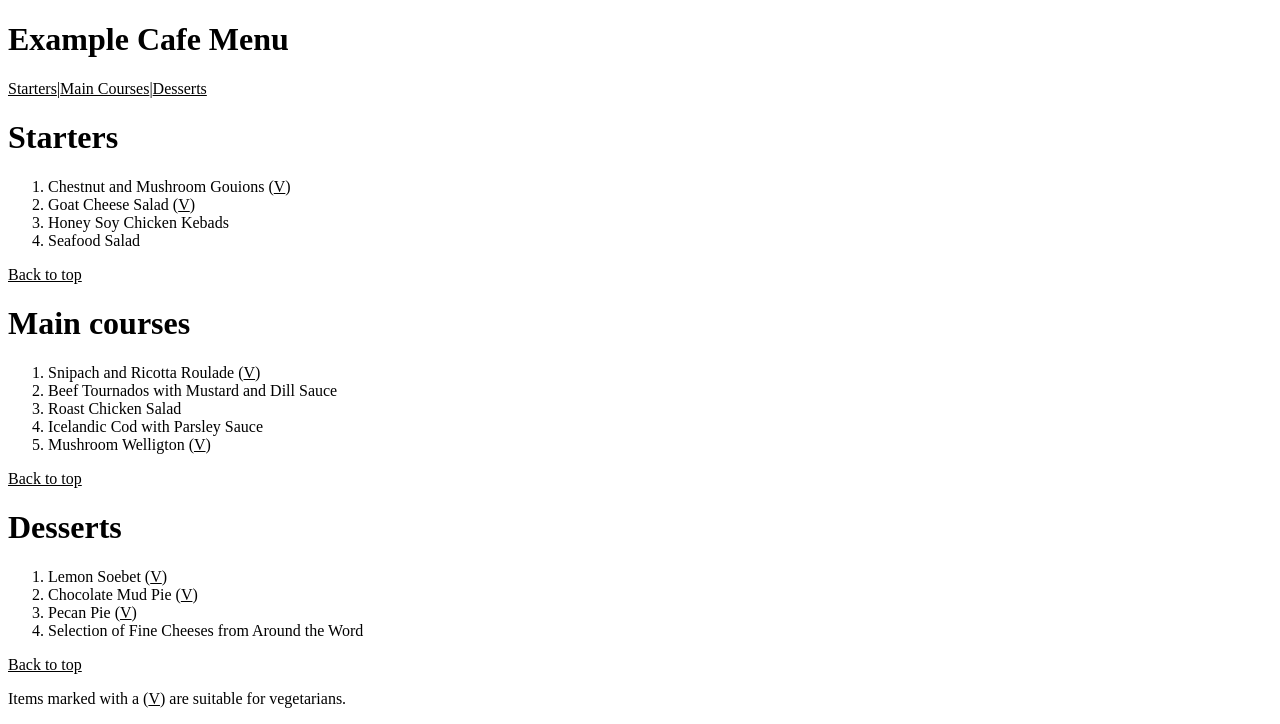
Repository: PhamChiXuan1/HTCNW_tuan3_DHCNTT16C_PhamChiXuan_20030131
Page: bt5.html
The author's editor kept a copy of each file at every save. The page is drawn from the files as they stood at one save, then again after the next save.
The browser window is 1280 px wide. The pictures show the whole page.

Above is the page before, as saved 2022-02-26 21:46:48.

After the next save:
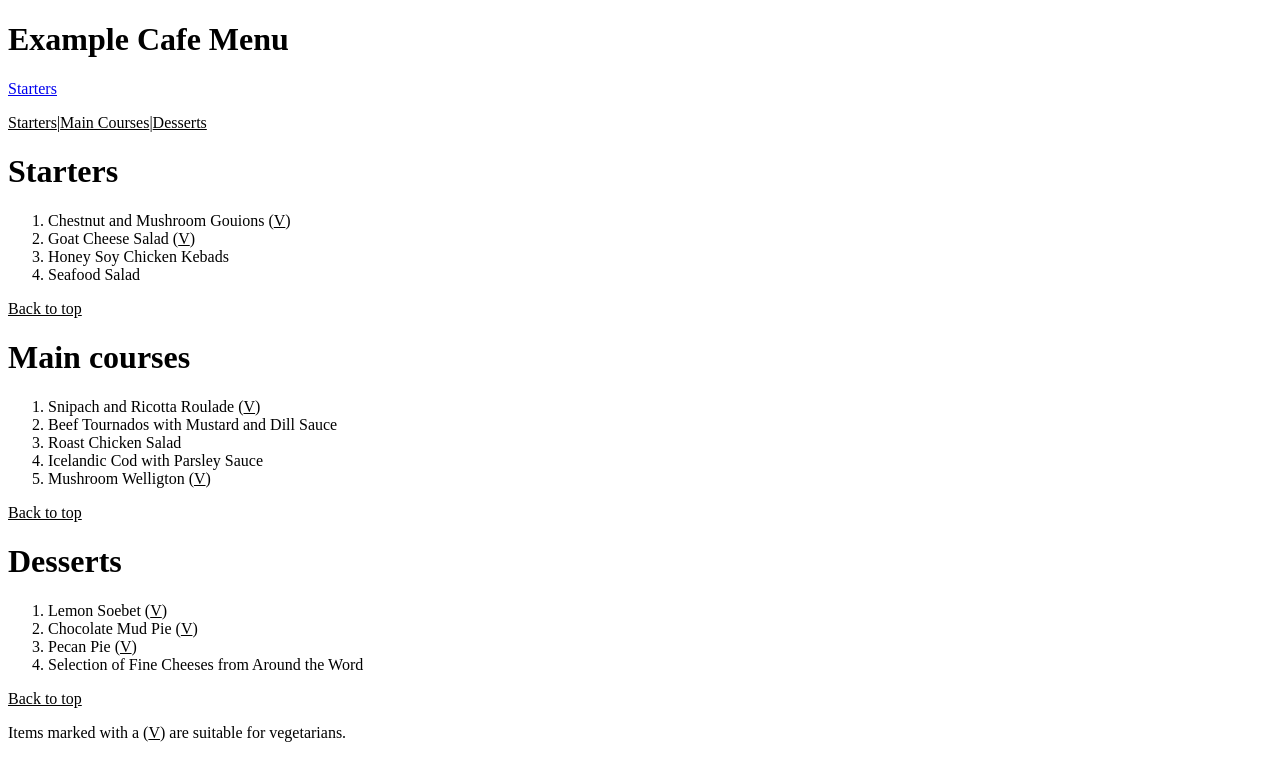
Saved 3 min 21 s later.
--- a/bt5.html
+++ b/bt5.html
@@ -8,6 +8,7 @@
 </head>
 <body>
     <H1>Example Cafe Menu</H1>
+    <A href="https://www.google.com/search?q=%E1%BA%A3nh+%C4%91%E1%BA%B9p&oq=%E1%BA%A3nh+%C4%91%E1%BA%B9p&aqs=chrome..69i57j69i59l2j69i60j5j69i60j69i61j69i60.1371j0j9&sourceid=chrome&ie=UTF-8"><P><U>Starters</U></P></A>
     <P><U>Starters</U>|<U>Main Courses</U>|<U>Desserts</U></P>
     <H1>Starters</H1>
     <ol type="1">
